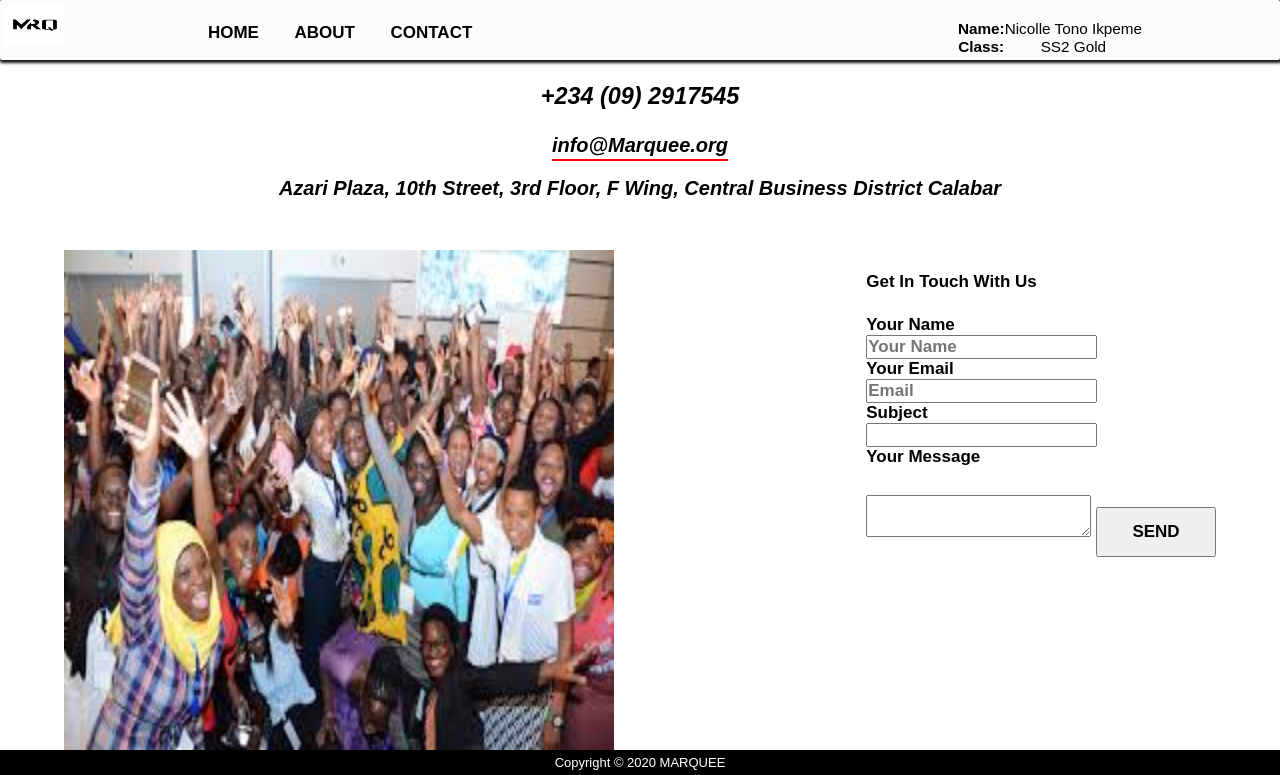
Repository: pboi18/Marquee.org
Page: contact.html
The author's editor kept a copy of each file at every save. The page is drawn from the files as they stood at one save, then again after the next save.
The browser window is 1280 px wide. The pictures show the whole page.

Above is the page before, as saved 2020-07-11 21:36:11.

After the next save:
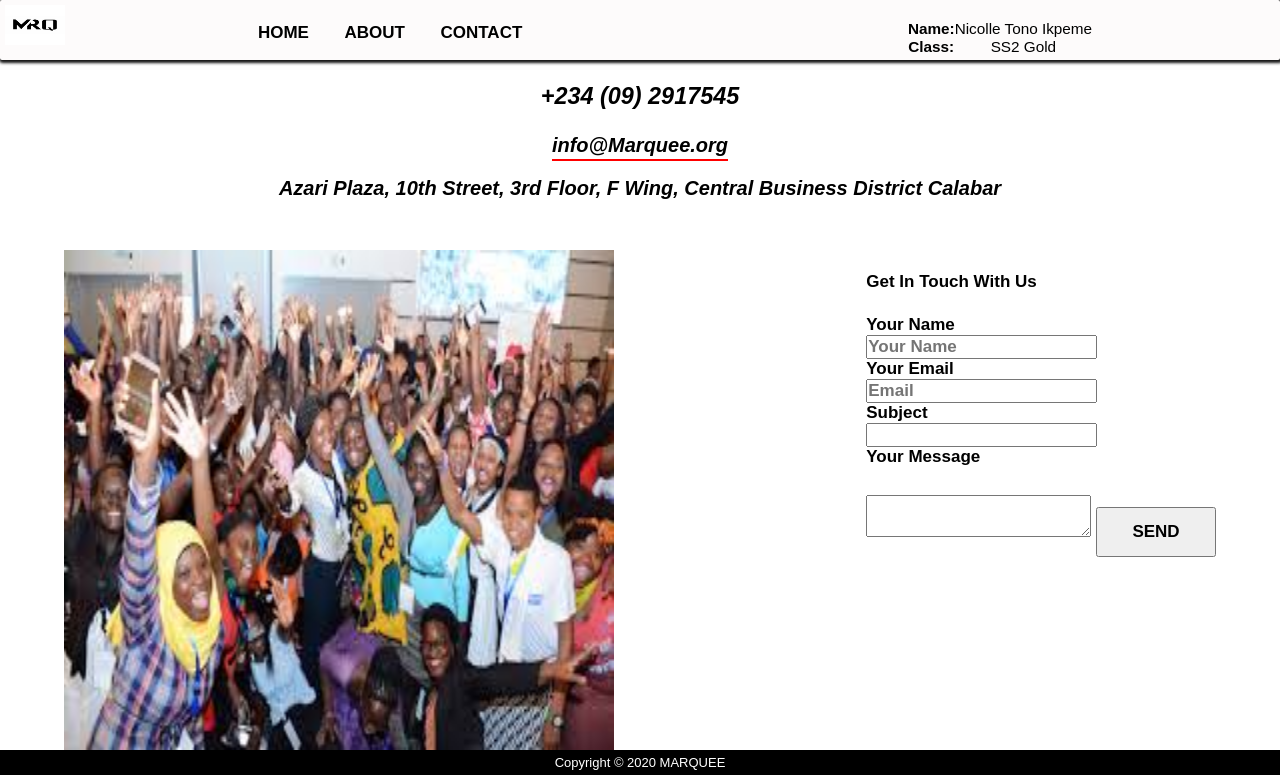
Saved 8 s later.
--- a/style.css
+++ b/style.css
@@ -73,7 +73,7 @@ label {
     display: inline-table;
     padding: 10px;
     font-size: 90%;
-    margin: 0 0 0 450px;
+    margin: 0 0 0 350px;
 
 }
 
